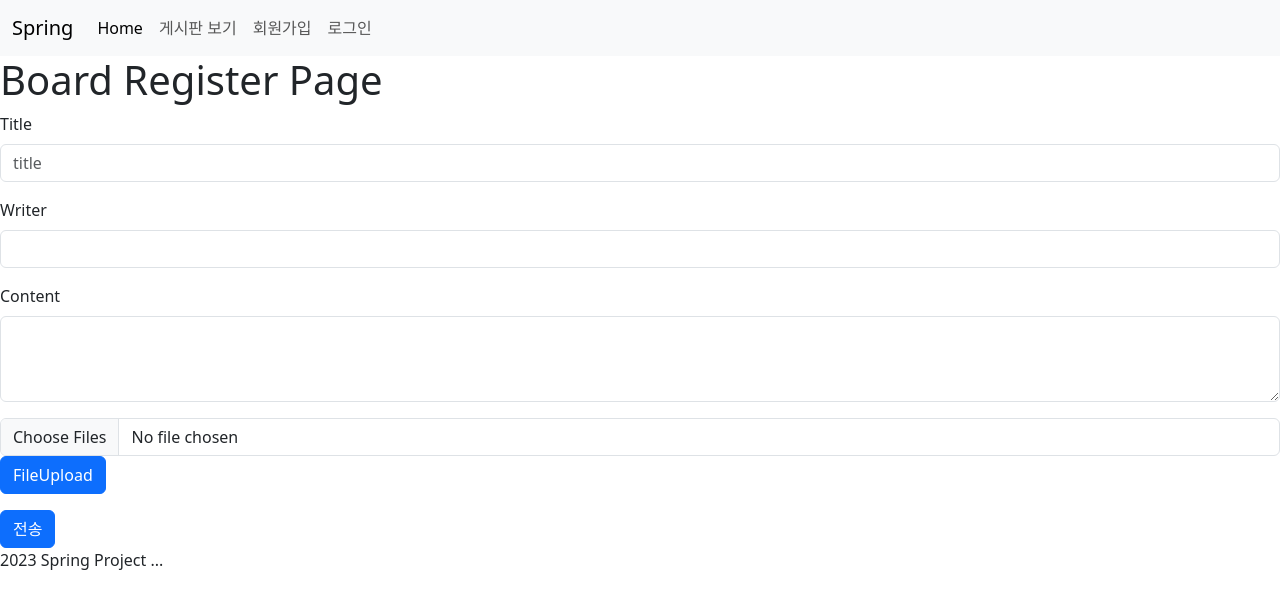
Repository: xoqls97/SpringProject
Page: http://localhost/spring_test2/WEB-INF/views/board/register.jsp
The author's editor kept a copy of each file at every save. The page is drawn from the files as they stood at one save, then again after the next save.
The browser window is 1280 px wide. The pictures show the whole page.
The page is served by Tomcat 9. Nobody is signed in. Other server files are loaded and not shown. The template is opened directly, without the code that normally fills it, so the values that code supplies are empty.

Above is the page before, as saved 2024-01-15 05:16:38.
Console error: TypeError: Cannot read properties of null (reading 'addEventListener')

### spring_test2/src/main/webapp/WEB-INF/views/board/register.jsp
<%@ page language="java" contentType="text/html; charset=UTF-8"
    pageEncoding="UTF-8"%>
    <%@ taglib uri="http://java.sun.com/jsp/jstl/core" prefix="c" %>
    <%@ taglib uri="http://www.springframework.org/security/tags" prefix="sec" %>
    <jsp:include page="../layout/header.jsp"></jsp:include>
<!DOCTYPE html>
<html>
<meta charset="UTF-8">
<title>글쓰기 페이지</title>
	<h1>Board Register Page</h1>
	<form action="/board/register" method="post" enctype="multipart/form-data">

	<div class="mb-3">
  <label for="title" class="form-label">Title</label>
  <input type="text"  name="title" class="form-control" id="title" placeholder="title">
</div>

<sec:authentication property="principal.mvo.email" var="authEmail"/>
<div class="mb-3">
  <label for="writer" class="form-label">Writer</label>
  <input type="text"  name="writer" class="form-control" id="writer"  readonly="readonly">
</div>
<div class="mb-3">
  <label for="content" class="form-label"> Content </label>
  <textarea name="content" class="form-control" id="content" rows="3"></textarea>
</div>

 <!-- file 입력 라인 추가 -->
<div class="mb-3">
  <input type="file" name="file" class="form-control" id="file"  multiple="multiple" style="diplay:none">
  <button type="button" class="btn btn-primary" id="trigger">FileUpload</button>
</div>
<!-- 파일 목록 표시 라인 -->
<div class="mb-3" id="fileZone">

</div>

  <button type="submit" class="btn btn-primary" id="regBtn">전송</button>
	</form>

	 <script src="/resources/js/boardRegister.js">
	</script>
	<jsp:include page="../layout/footer.jsp"></jsp:include>


</html>

### spring_test2/src/main/webapp/WEB-INF/views/layout/header.jsp
<%@ page language="java" contentType="text/html; charset=UTF-8"
    pageEncoding="UTF-8"%>
    <%@ taglib uri="http://java.sun.com/jsp/jstl/core" prefix="c" %>
    <%@ taglib uri="http://www.springframework.org/security/tags" prefix="sec" %>
<!DOCTYPE html>
<html>
<link href="https://cdn.jsdelivr.net/npm/bootstrap@5.3.1/dist/css/bootstrap.min.css" rel="stylesheet" integrity="sha384-4bw+/aepP/YC94hEpVNVgiZdgIC5+VKNBQNGCHeKRQN+PtmoHDEXuppvnDJzQIu9" crossorigin="anonymous">
<script src="https://cdn.jsdelivr.net/npm/bootstrap@5.3.1/dist/js/bootstrap.bundle.min.js" integrity="sha384-HwwvtgBNo3bZJJLYd8oVXjrBZt8cqVSpeBNS5n7C8IVInixGAoxmnlMuBnhbgrkm" crossorigin="anonymous"></script>
<head>
<meta charset="UTF-8">
<title>Insert title here</title>
</head>
<body>

<nav class="navbar navbar-expand-lg bg-body-tertiary">
  <div class="container-fluid">
    <a class="navbar-brand" href="#">Spring</a>
    <button class="navbar-toggler" type="button" data-bs-toggle="collapse" data-bs-target="#navbarSupportedContent" aria-controls="navbarSupportedContent" aria-expanded="false" aria-label="Toggle navigation">
      <span class="navbar-toggler-icon"></span>
    </button>
    <div class="collapse navbar-collapse" id="navbarSupportedContent">
      <ul class="navbar-nav me-auto mb-2 mb-lg-0">
        <li class="nav-item">
          <a class="nav-link active" aria-current="page" href="/">Home</a>
        </li>

        <li class="nav-item">
          <a class="nav-link" href="/board/list">게시판 보기</a>
        </li>

        <!-- 현재 인증한 사용자의 정보를 가져와서 해당 권한이 있는지 확인 -->
        <!-- 현재 사용자의 정보는 principal -->
        <!-- anyMatch() : stream 매칭 메서드(최소한 1개의 요소가 주어진 조건에 맞는지 조사) -->
        <sec:authorize access="isAuthenticated()">
        <sec:authentication property="principal.mvo.email" var="authEmail"/>
        <sec:authentication property="principal.mvo.nickname" var="authnick"/>
        <sec:authentication property="principal.mvo.authList" var="auths"/>

        <c:choose>
           <c:when test="${auths.stream().anyMatch(authVO -> authVO.auth.equals('ROLE_ADMIN')).get()}">
                 <li class="nav-item">
                      <a class="nav-link" href="/member/list">회원리스트${authnick }(${authEmail }/ADMIN)</a>
                 </li>
           </c:when>
           <c:otherwise>
                 <li class="nav-item">
                      <a class="nav-link" href="/member/modify">회원정보수정${authnick }(${authEmail })</a>
                 </li>
           </c:otherwise>
        </c:choose>


            <li class="nav-item">
          <a class="nav-link" href="/board/register">게시판 글쓰기</a>
        </li>

           <li class="nav-item">
          <a class="nav-link" href="" id="logoutLink">로그아웃</a>
        </li>
        <form action="/member/logout" method="post" id="logoutForm">
           <!-- 인증된(로그인한 계정의) 이메일 -->
           <input type="hidden" name="email" value="">

        </form>
        </sec:authorize>

        <sec:authorize access="isAnonymous()">
        <li class="nav-item">
          <a class="nav-link" href="/member/register">회원가입</a>
        </li>
        <li class="nav-item">
          <a class="nav-link" href="/member/login">로그인</a>
        </li>
        </sec:authorize>
      </ul>
    </div>
  </div>
</nav>

<script type="text/javascript">
document.getElementById('logoutLink').addEventListener('click',(e)=>{
	e.preventDefault();
	document.getElementById('logoutForm').submit();
})

</script>

### spring_test2/src/main/webapp/WEB-INF/views/layout/footer.jsp
<%@ page language="java" contentType="text/html; charset=UTF-8"
    pageEncoding="UTF-8"%>

<div>
    2023 Spring Project ...
</div>

</body>
</html>

### spring_test2/src/main/webapp/resources/js/boardRegister.js
console.log('boardRegister js in');

document.getElementById('trigger').addEventListener('click', () => {
    document.getElementById('file').click();
})

//실행파일, 이미지파일,
const regExp = new RegExp("\.(exe|sh|bat|dll|jar|msi)$");
const maxSize = 1024 * 1024 * 20; // 파일 최대 크기

function fileValidation(fileName, fileSize) {
    if (regExp.test(fileName)) {
        return 0;

    } else if (fileSize > maxSize) {
        return 0;
    } else {
        return 1;
    }
}


document.addEventListener('change', (e) => {
    console.log(e.target);
    if (e.target.id == 'file') { //파일에 변화가 생긴다면...
        // inpuyt file element 에 저자오딘 file의 정보를 가져오는 property
        const fileObj = document.getElementById('file').file;
        console.log(fileObj);

        //한번 disabled되면 혼자 풀어질 수 없음/ 버튼을 우너래 상태로 복구해줘야함
        document.getElementById('regBtn').disabled = false;
        //첨부파일에 대한 정보를fileZone에 기록
        let div = document.getElementById('fileZone');
        div.innerHTML = '';
        // ul >li로 값을 추가

        //여러 파일에 대한 검증ㅇ르 모두 통과하기 위해서
        //곱하기 로 각 파일마다 통과 여부를 확인
        let isOk = 1;

        let ul = `<ul class="list-group list-group-flush">`;
        for (let file of fileObj) {
            let vailResult = fileValidation(file.name, file.size);
            isOk *= vailResult;
            ul += `<li class="list-group-item">`;
            ul += `<div class="mb-3">`;
            ul += `${vailResult ? '<div class="fw-bold"> 업로드 가능</div>' : '<div class="fw-bold text-danger"> 업로드 불가능</div>'}`;
            ul += `${file.name}</div>`;
            ul += `<span class="badge rounded-pill text-bg-${vailResult ? 'success' : 'danger'}">${file.size} Byte</span>`;
            ul += `</li>`;
        }
        ul += `</li>`;
        div.innerHTML = ul;

        if (isOk == 0) {
            //하나의 파일이라도 검증에 통과하지 못한다면 버튼 비활성화.
            document.getElementById('regBtn').disabled = true;
        }

    }
});

After the next save:
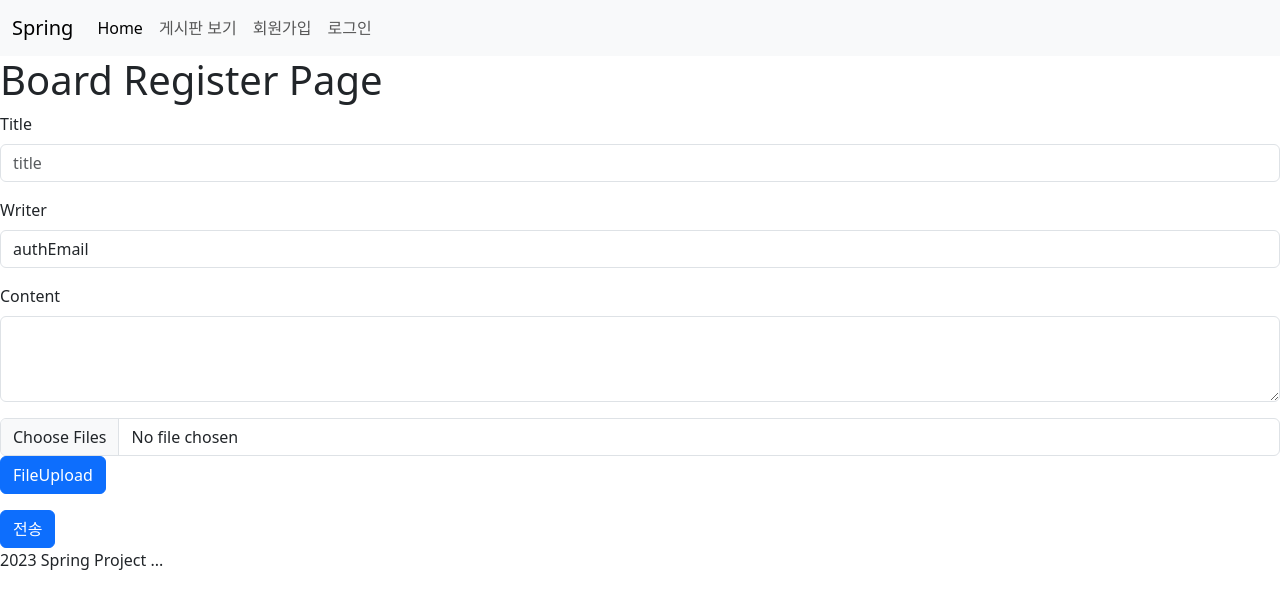
Saved 9 s later.
--- a/spring_test2/src/main/webapp/WEB-INF/views/board/register.jsp
+++ b/spring_test2/src/main/webapp/WEB-INF/views/board/register.jsp
@@ -18,7 +18,7 @@
 <sec:authentication property="principal.mvo.email" var="authEmail"/>
 <div class="mb-3">
   <label for="writer" class="form-label">Writer</label>
-  <input type="text"  name="writer" class="form-control" id="writer"  readonly="readonly">
+  <input type="text"  name="writer" class="form-control" id="writer" value="authEmail" readonly="readonly">
 </div>
 <div class="mb-3">
   <label for="content" class="form-label"> Content </label>
